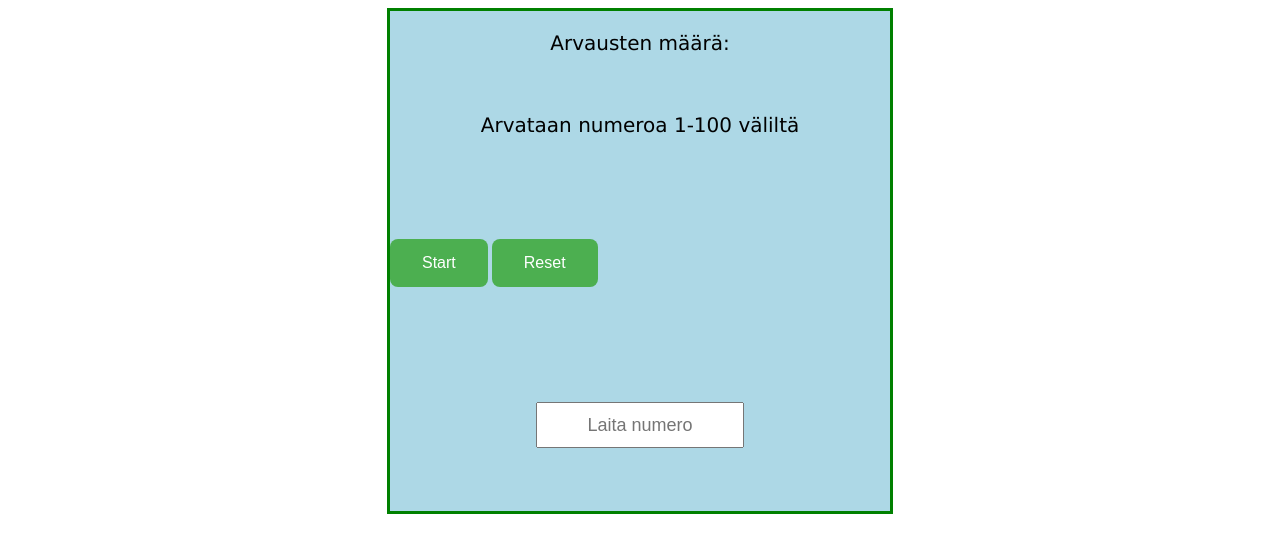
Repository: VadimZubchenko/numeronarvouspeli_JS
Page: public/index.html
An editor plug-in stored every save of this project. The page is shown before and after the next save, followed by the edit.
The browser window is 1280 px wide. The pictures show the whole page.

Above is the page before, as saved 2022-04-26 08:27:05.

After the next save:
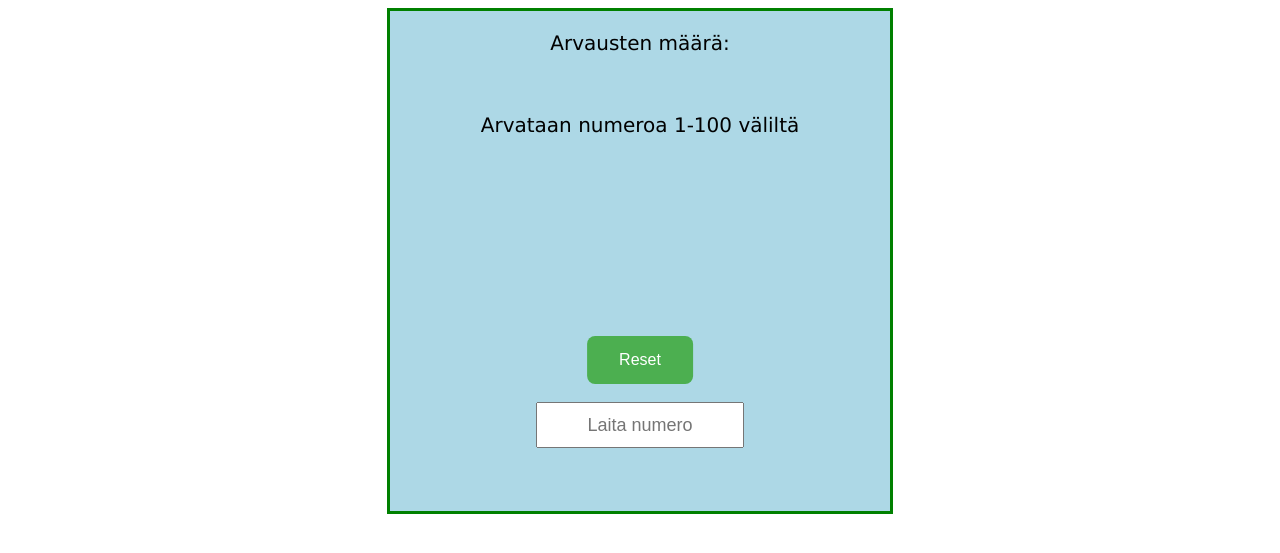
Saved 26 s later.
--- a/public/mystyle.css
+++ b/public/mystyle.css
@@ -34,6 +34,11 @@
   display: inline-block;
   font-size: 16px;
   border-radius: 8px;
+  position: absolute;
+  top: 50%;
+  left: 50%;
+  transform: translate(-50%, -50%);
+  -ms-transform: translate(-50%, -50%);
 }
 
 p {

After the save that followed:
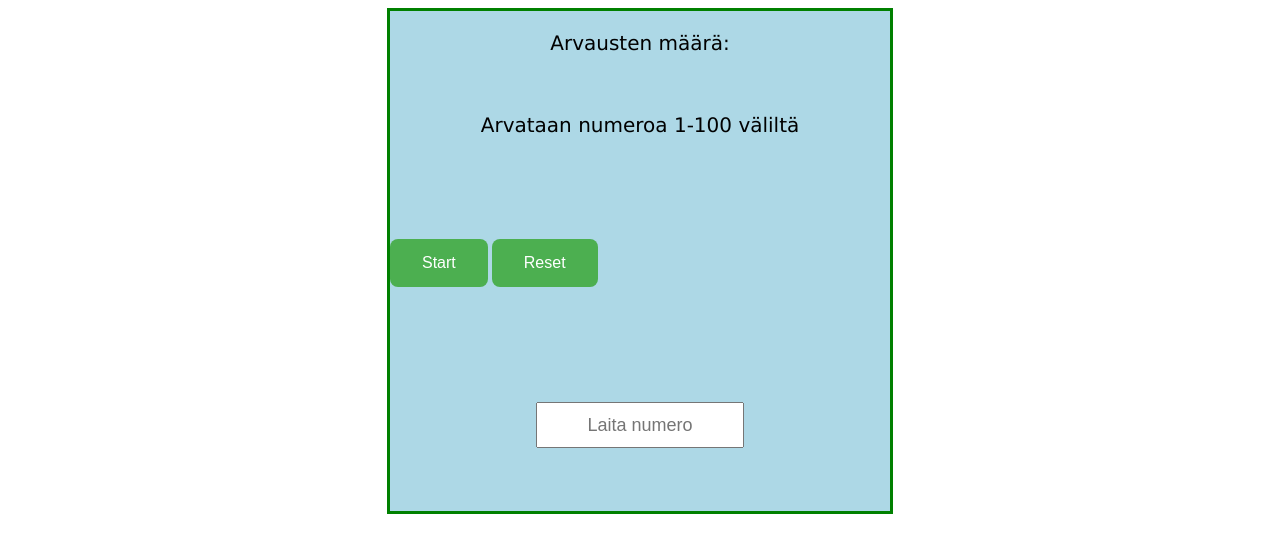
Saved 44 s later.
--- a/public/mystyle.css
+++ b/public/mystyle.css
@@ -34,11 +34,7 @@
   display: inline-block;
   font-size: 16px;
   border-radius: 8px;
-  position: absolute;
-  top: 50%;
-  left: 50%;
-  transform: translate(-50%, -50%);
-  -ms-transform: translate(-50%, -50%);
+
 }
 
 p {
